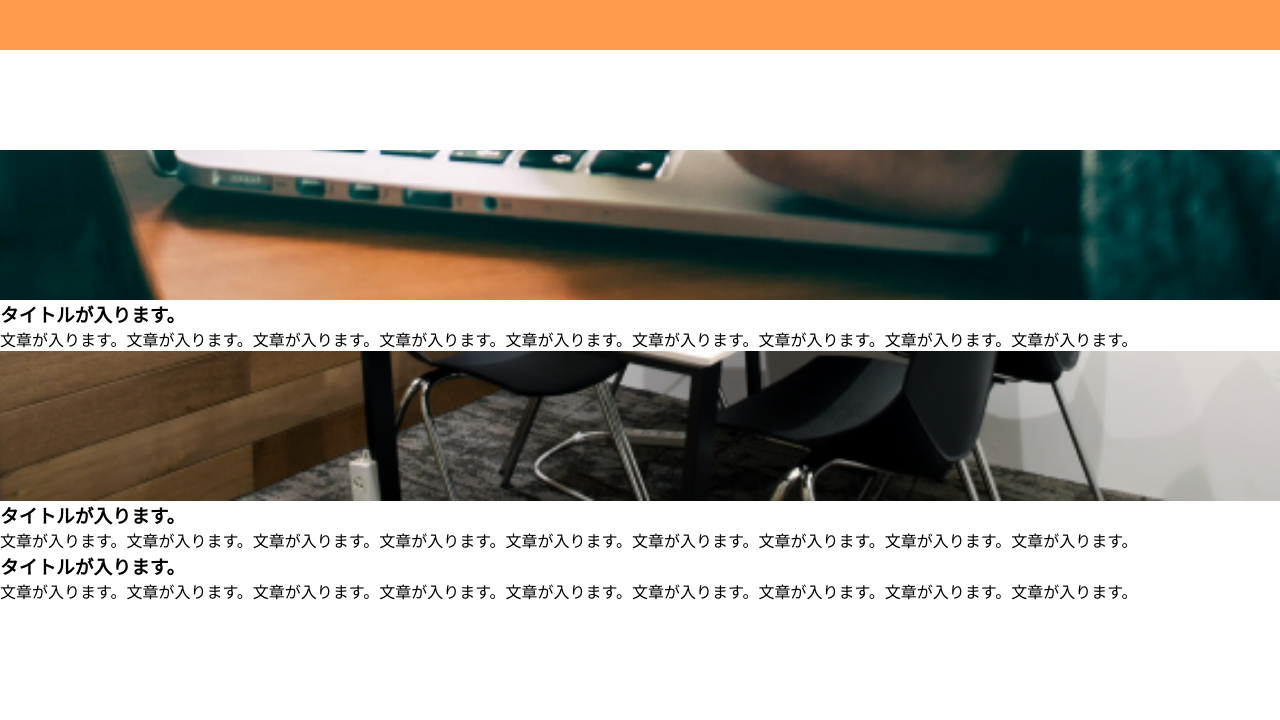
Repository: macchi-ro/-1
Page: 演習/practice.html
The author's editor kept a record of every edit. The page is drawn from the files as they stood at one moment, then again after the next edit.
The browser window is 1280 px wide. The pictures show the whole page.
Some web libraries are served in a nearby version.

Above is the page before.

### 演習/practice.html
<!DOCTYPE html>
<html lang="ja">
  <head>
    <meta charset="UTF-8" />

    <!-- FontAwesomeの読み込み -->
    <script src="https://kit.fontawesome.com/1411ab0f97.js" crossorigin="anonymous"></script>
    <!-- CSSファイルの読み込み -->
    <link rel="stylesheet" href="practice.css" />
    <title>演習</title>


  </head>

  <body>
   <header>
     <div class="header"></div>
   </header>

   <main>
     <div class="main"></div>
      <div class="stepbox"></div>
       <div class="step-img1"></div>
       <h3 class="stepbox.main">タイトルが入ります。</h3>
       <p class="stepbox.text">文章が入ります。文章が入ります。文章が入ります。文章が入ります。文章が入ります。文章が入ります。文章が入ります。文章が入ります。文章が入ります。</p>

      <div class="stepbox"></div>
       <div class="step-img2"></div>
       <h3 class="stepbox.main">タイトルが入ります。</h3>
       <p class="stepbox.text">文章が入ります。文章が入ります。文章が入ります。文章が入ります。文章が入ります。文章が入ります。文章が入ります。文章が入ります。文章が入ります。</p>

      <div class="stepbox"></div>
       <div class="step.img3"></div>
       <h3 class="stepbox.main">タイトルが入ります。</h3>
       <p class="stepbox.text">文章が入ります。文章が入ります。文章が入ります。文章が入ります。文章が入ります。文章が入ります。文章が入ります。文章が入ります。文章が入ります。</p>

   </main>
  </body>
</html>

### 演習/practice.css
* {
  box-sizing: border-box;
  margin: 0;
  padding: 0;
}

.header {
 height: 50px;
 background-color: #ff9a4b;
}

.main {
  width: 960;
  margin: 50px auto;
  display: flex;
  justify-content: center;
}

.step-box {
  width: 300px;
  margin-right: 30px;
  padding: 10px;
  position: relative;
  background-color: #eee
}

.step-box last-child {
  margin-right: 0;
}

.step-img1 {
  height: 150px;
  background-image: url(img/flow01.png);
  background-position: bottom;
  background-size: cover
}

.step-img2 {
  height: 150px;
  background-image: url(img/flow02.png);
  background-position: bottom;
  background-size: cover
}

.step-img3 {
  height: 150px;
  background-image: url(img/flow03.png);
  background-position: bottom;
  background-size: cover
}

.step-num {
  position: absolute;
  top: 0;
  left: 0;
  background-color: #ff9a4b;
  color: #aaa;
}

.title {
  margin: 15px 0 5px;
}

.footer {
  height: 50px;
  background-color: #aaa;
}
@media screen and (max-width: 425px) {

   header {
    width: 100%;
    }
   main {
    width: 100%;
    }
   footer {
    width: 100%;
    }

    header {
     height: 50px;
    }
    main {
     margin: 50px auto;

     display:flex;
     flex-flow: column;

    }

    stepbox {
      width: 90%;
    }

}

After the next edit:
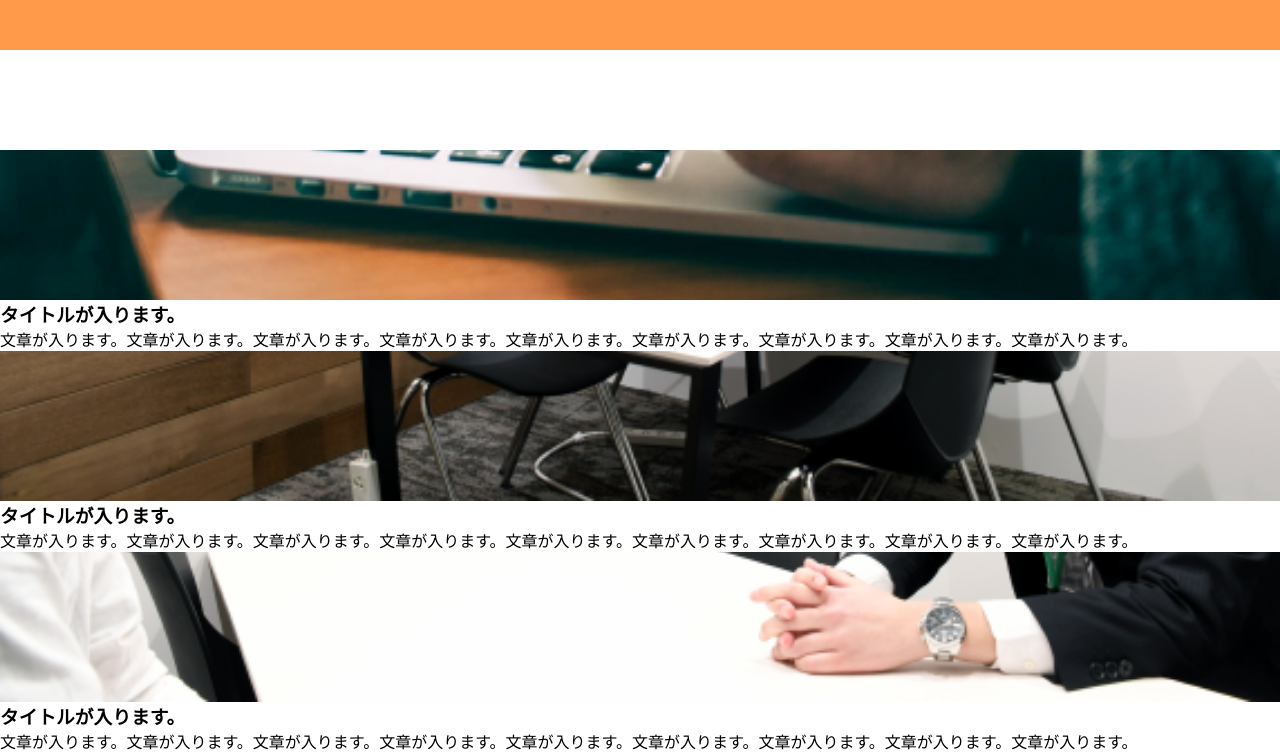
The edit:
--- a/演習/practice.html
+++ b/演習/practice.html
@@ -30,7 +30,7 @@
        <p class="stepbox.text">文章が入ります。文章が入ります。文章が入ります。文章が入ります。文章が入ります。文章が入ります。文章が入ります。文章が入ります。文章が入ります。</p>
 
       <div class="stepbox"></div>
-       <div class="step.img3"></div>
+       <div class="step-img3"></div>
        <h3 class="stepbox.main">タイトルが入ります。</h3>
        <p class="stepbox.text">文章が入ります。文章が入ります。文章が入ります。文章が入ります。文章が入ります。文章が入ります。文章が入ります。文章が入ります。文章が入ります。</p>
 
